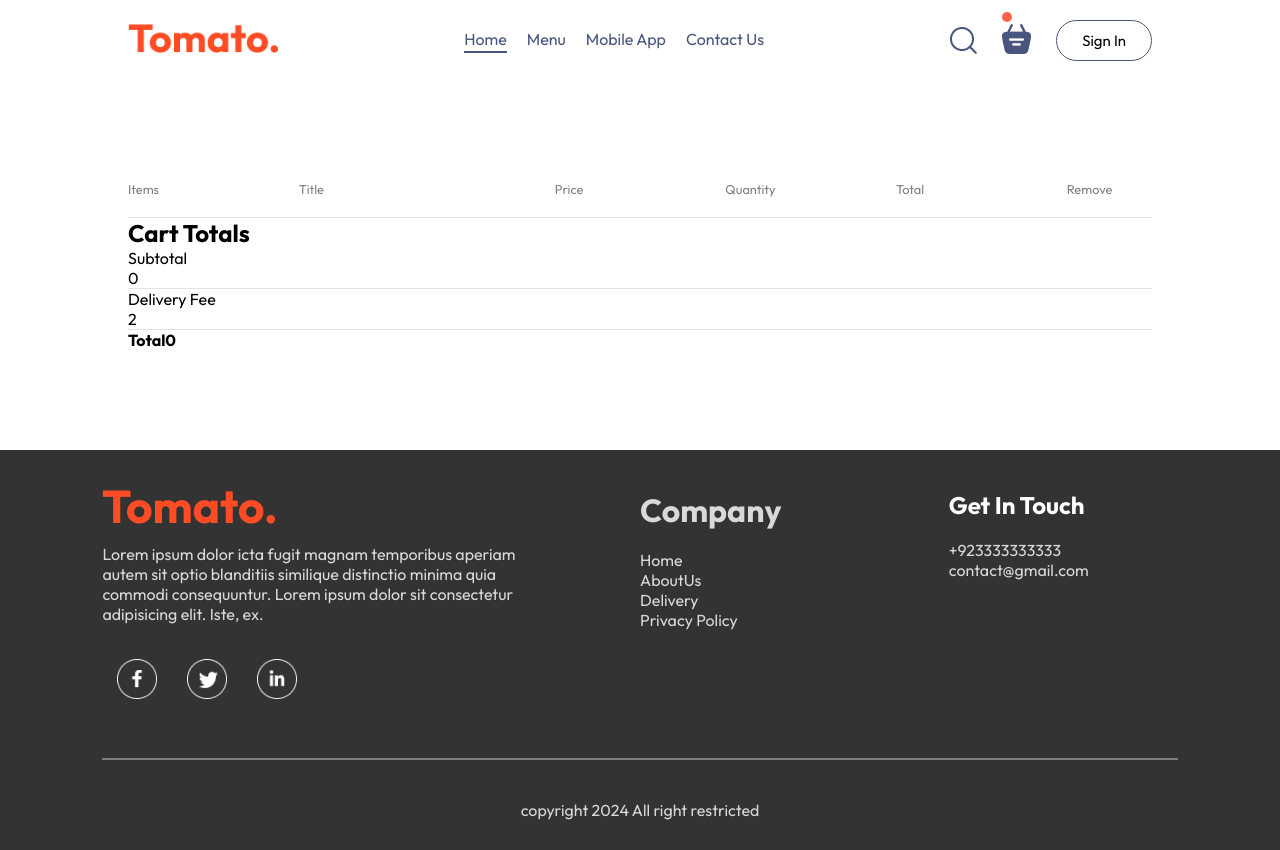
Repository: Attar786/Food-ordering-app
Page: /cart (app in frontend/)
The author's editor kept a copy of each file at every save. The page is drawn from the files as they stood at one save, then again after the next save.
The browser window is 1280 px wide. The pictures show the whole page.
The project was rebuilt for these pictures with package versions that can differ from the ones it lists, and the page was loaded fresh each time. Also part of the build but not shown: frontend/vite.config.js, frontend/src/components/Header/Header.css, frontend/src/components/Header/Header.jsx, frontend/src/components/ExploreMenu/ExploreMenu.css, frontend/src/components/ExploreMenu/ExploreMenu.jsx, frontend/src/components/FoodDisplay/FoodDisplay.css, frontend/src/components/FoodItem/FoodItem.css, frontend/src/components/FoodItem/FoodItem.jsx and 8 more.

Above is the page before, as saved 2024-07-30 15:36:10.

After the next save:
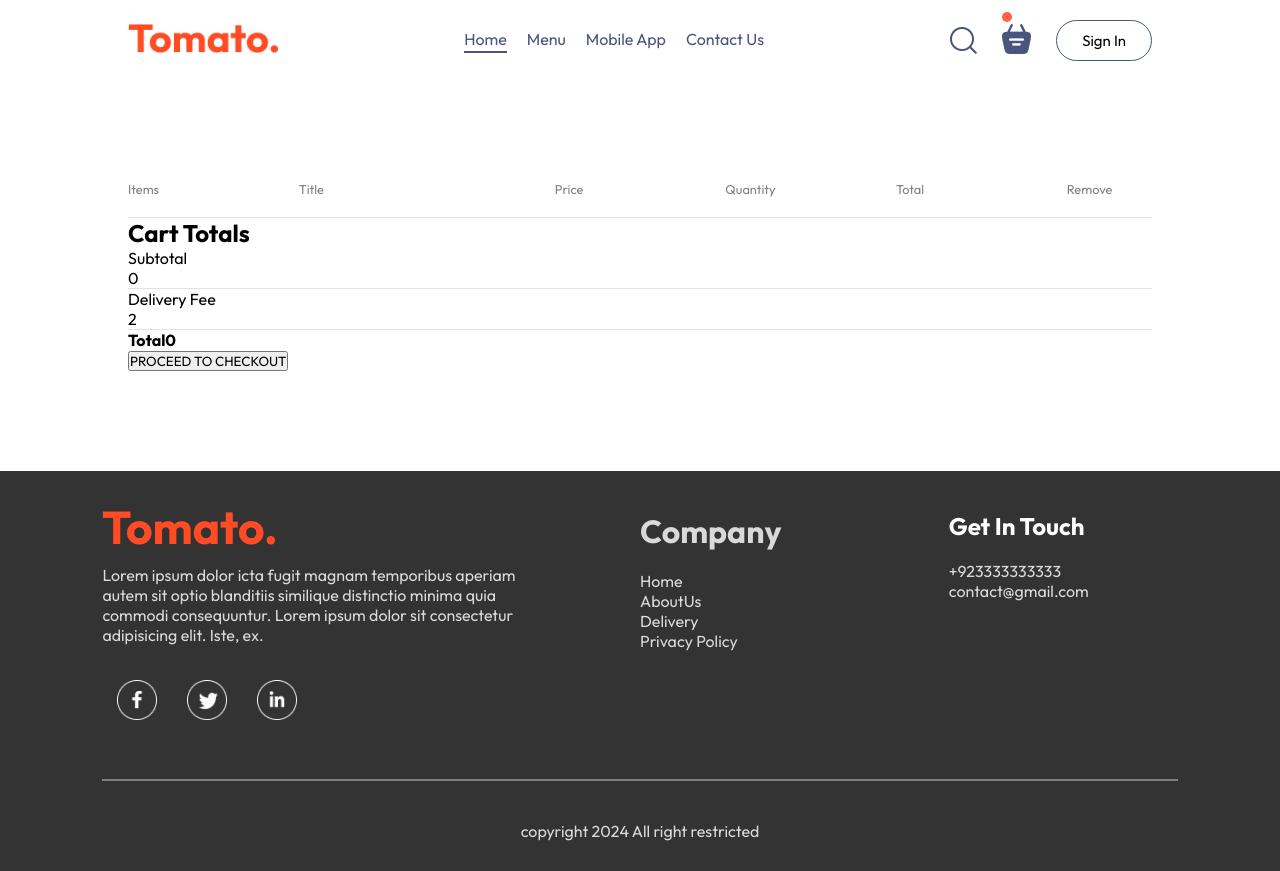
Saved 17 s later.
--- a/frontend/src/pages/Cart/Cart.jsx
+++ b/frontend/src/pages/Cart/Cart.jsx
@@ -60,6 +60,8 @@ const Cart = () => {
     </div>
   </div>
 </div>
+<button>PROCEED TO CHECKOUT</button>
+
        </div>
   )
 }
